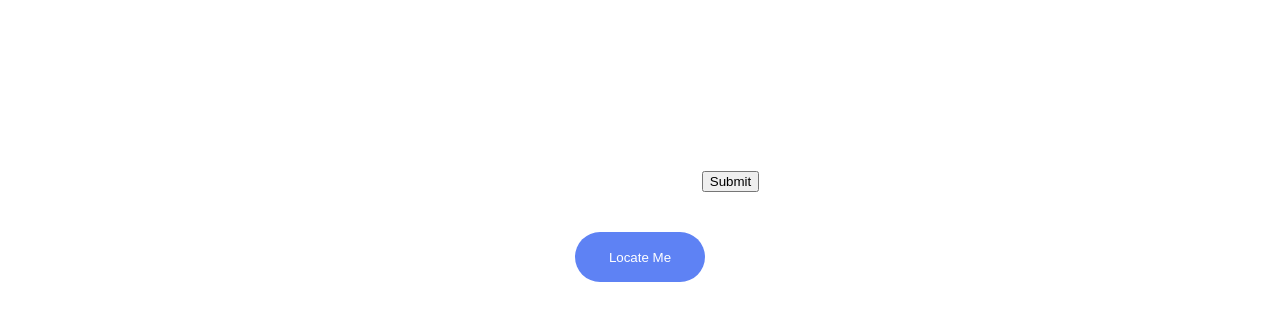
Repository: ahmedazawi/weather-app
Page: /
These files come from the project's save history. The page is drawn as it stood at one moment and after the next save; the edit follows.
The browser window is 1280 px wide. The pictures show the whole page.
The project was rebuilt for these pictures with package versions that can differ from the ones it lists, and the page was loaded fresh each time. Also part of the build but not shown: src/layout/Header.js, src/assets/css/details.css, src/assets/data/ContextApi.js, src/assets/css/SevenDaysCards.css, src/components/card.js, src/components/SevenDaysCards.js, src/assets/data/Api.js, src/components/Map.js and 2 more.

Above is the page before, as saved 2022-11-30 22:37:00.

### src/App.js
import React, { useState, useEffect } from "react";
import "./App.css";
import Header from "./layout/Header";
import Details from "./components/Details";

import Store from "./assets/data/Store";
function App() {
  const [lat, setLat] = useState();
  const [long, setLong] = useState();
  const [located, setLocated] = useState(false);
  const [cityName, setCityName] = useState("");
  const [subCity, setSubCity] = useState();

  const inputHandler = (event) => {
    setCityName(event.target.value);
  };
  const clickHandler = () => {
    setSubCity(cityName);
  };
  const geolocationAPI = navigator.geolocation;
  const getUserCoordinates = () => {
    if (!geolocationAPI) {
      console.log("Geolocation API is not available in your browser!");
    } else {
      geolocationAPI.getCurrentPosition(
        (position) => {
          const { coords } = position;
          setLat(coords.latitude);
          setLong(coords.longitude);
          setLocated(true);
        },

        (error) => {
          console.log("Something went wrong getting your position!");
        }
      );
    }
  };

  if (!subCity && !located) {
    return (
      <div className="App">
        <div>
          <input
            type="text"
            className="form-control"
            name="cityName"
            onChange={inputHandler}
            value={cityName}
          />
          <button onClick={clickHandler} className="btn">
            Submit
          </button>
        </div>
        <button className="btn" onClick={getUserCoordinates}>
          Locate Me
        </button>
      </div>
    );
  }
  console.log(located);
  return (
    <div>
      <Header />
      <Store located={located} lat={lat} long={long} city={subCity}>
        <Details />
      </Store>
    </div>
  );
}

export default App;

### src/App.css
body {
  --primaryColor: #5e82f4;
  --secondaryColor: #ffffff;
  --borderRadius: 25px;
}

.nav {
  display: flex;
  align-items: center;
  height: 55px;
  background-color: var(--primaryColor);
}
.App {
  display: flex;
  flex-direction: column;
  align-items: center;
  justify-content: center;
  height: 100%;
  width: 100%;
  margin-top: 170px;
  gap: 40px;
}
.App > .btn {
  border: none;
  border-radius: var(--borderRadius);
  color: var(--secondaryColor);
  background-color: var(--primaryColor);
  height: 50px;
  width: 130px;
}
.App .form-control {
  border: 12px var(--primaryColor);
}

Loaded but not shown: public/index.html (common file); src/index.js (common file); src/index.css (common file)

After the next save:
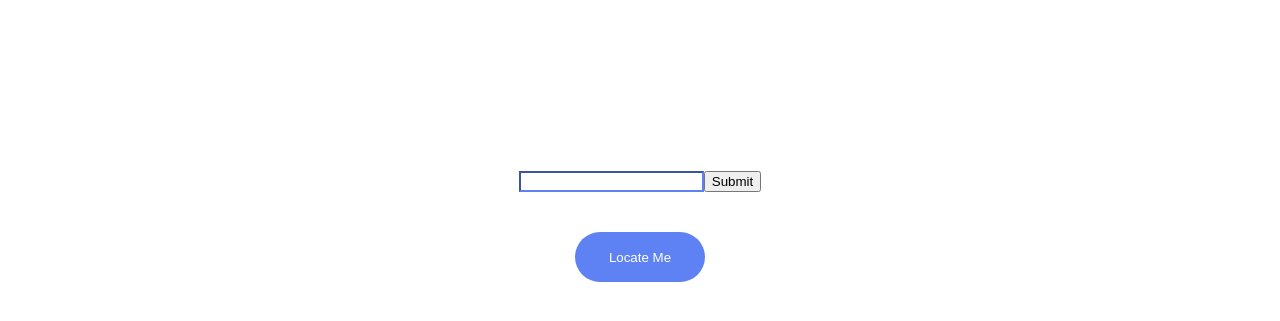
Saved 9 s later.
--- a/src/App.css
+++ b/src/App.css
@@ -29,5 +29,5 @@ body {
   width: 130px;
 }
 .App .form-control {
-  border: 12px var(--primaryColor);
+  border-color: var(--primaryColor);
 }
